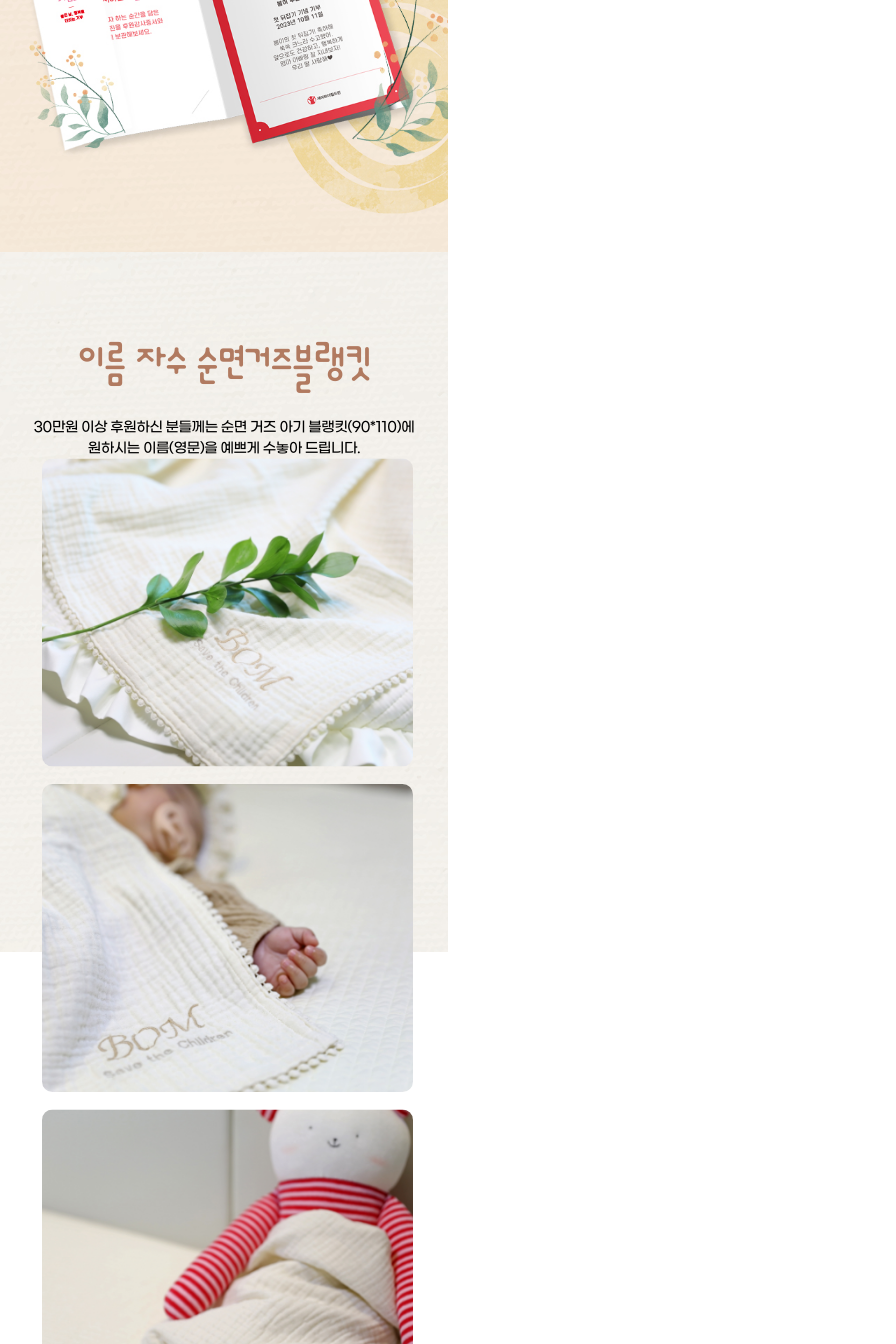
Repository: dlgywls1130/save_children_m
Page: index.html
The author's editor kept a copy of each file at every save. The page is drawn from the files as they stood at one save, then again after the next save.
The browser window is 1280 px wide. The pictures show the part of the page from y = 4580 to 6500 px (the page is 9918 px tall), at 70% of full size.

Above is the page before, as saved 2023-12-13 19:25:16.

After the next save:
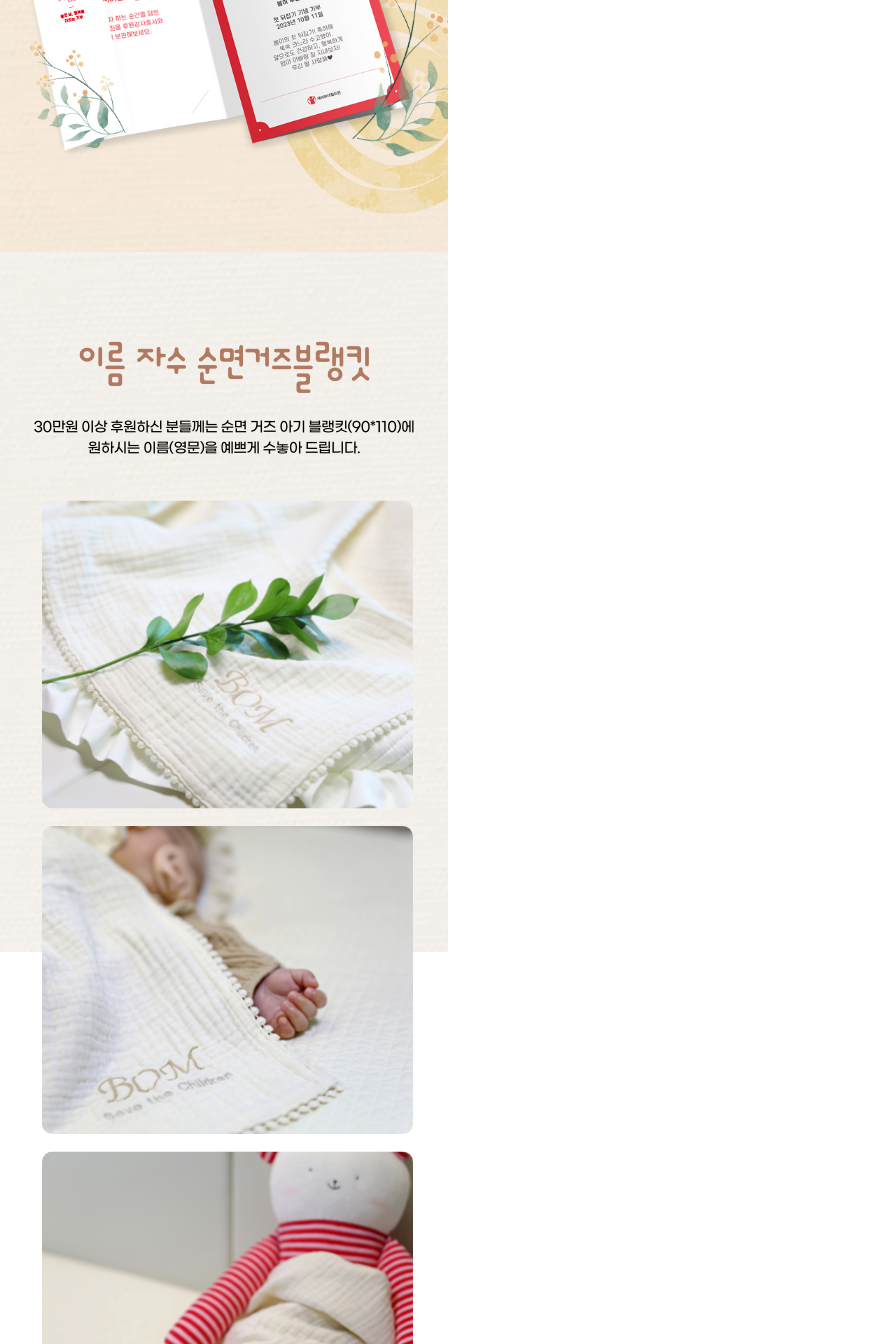
Saved 33 s later.
--- a/css/style.css
+++ b/css/style.css
@@ -379,7 +379,7 @@
 
 .se04_slide{
     width: 944px;
-    margin: 0 auto;
+    margin: 60px auto 0;
     padding: 0 60px;
 }
 
